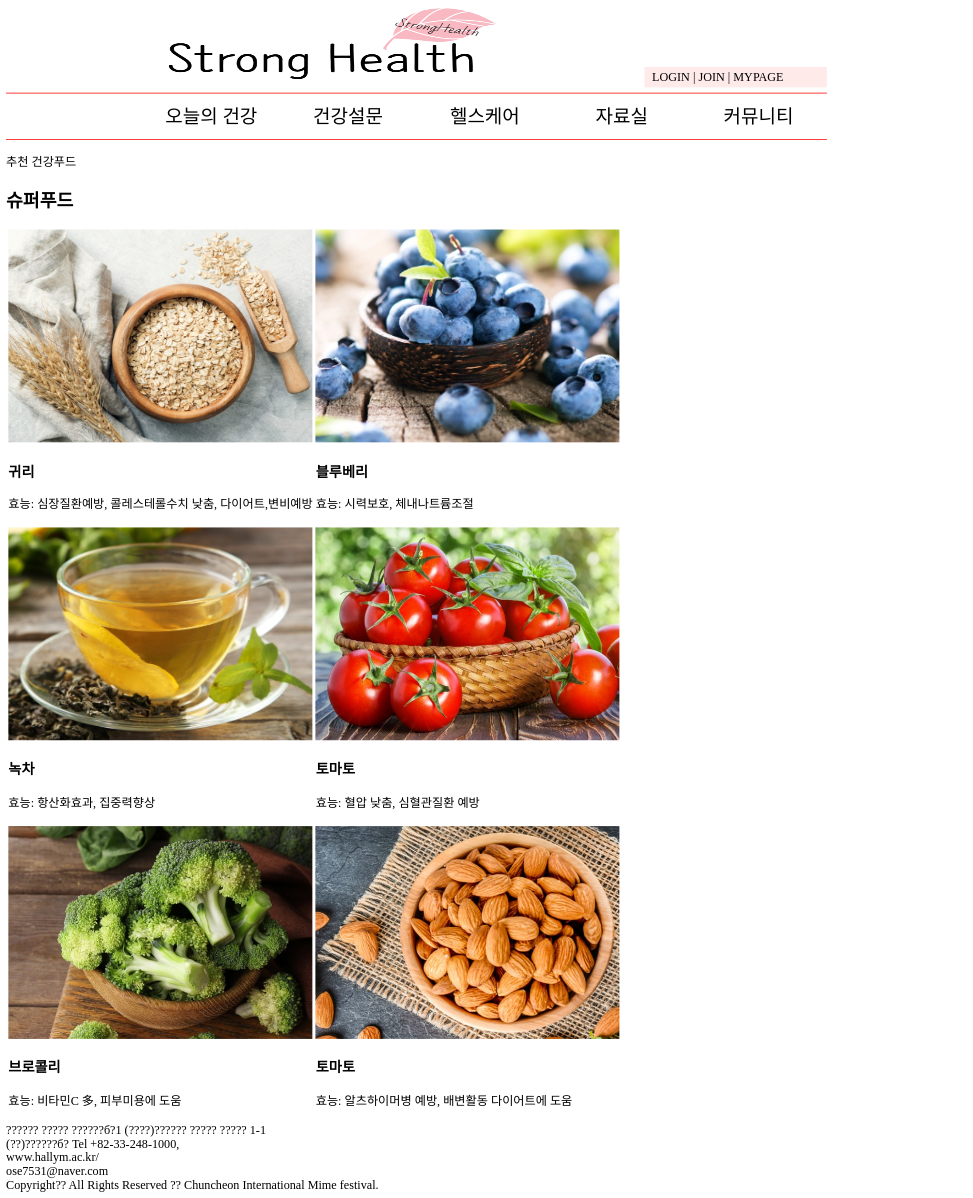
Repository: seeunOh/Webproject2018_StrongHealth
Page: http://localhost/StrongHealth/Healthcare_Food.jsp
The author's editor kept a copy of each file at every save. The page is drawn from the files as they stood at one save, then again after the next save.
The browser window is 1280 px wide. The pictures show the whole page, at 76% of full size.
The page is served by Tomcat 9.

Above is the page before, as saved 2018-12-16 04:54:25.

After the next save:
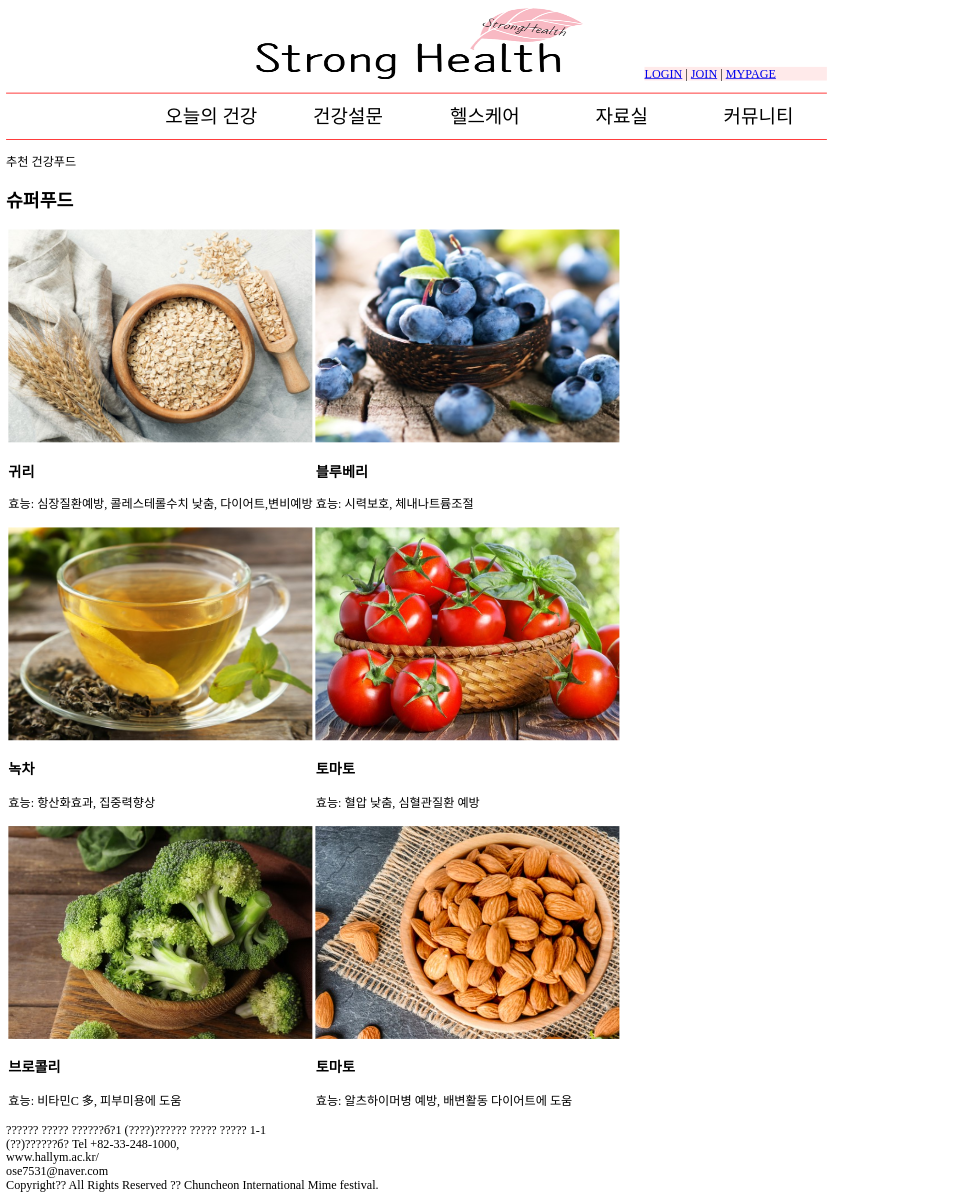
Saved 49 s later.
--- a/StrongHealth/WebContent/Header.css
+++ b/StrongHealth/WebContent/Header.css
@@ -1,98 +1,83 @@
-body{
-width:1080px;
+body {
+	width: 1080px;
 }
 
-#Loheader{
-width:240px;
-float:right;
-heigth:28px;
-background: #FFEAEA;
-margin:80px 0px 0px 0px;
+#Loheader {
+	width: 240px;
+	float: right;
+	heigth: 28px;
+	background: #FFEAEA;
+	margin: 80px 0px 0px 0px;
 }
 
-#log{
-float:right;
-width:230px;
-line-height: 1.7em;
+#mainlogo {
+	width: 1080px;
+	background:;
 }
 
-#log a {
-font-size:16px;
-color: black;
-text-decoration:none;
+#mainlogo img {
+	margin: 0px 0px 0px 315px;
 }
 
-#log a:hover {
-text-decoration:underline;
+#logo {
+	float: left;
+	width: 1080px;
+	background: #FFEAEA;
 }
 
+#search {
+	width: 750px;
+	height: 100px;
+	float: right;
+	background: red;
+}
 
-#mainlogo{
-width:1080px;
-background: ;
-}
-#mainlogo img{
-margin:0px 0px 0px 200px;
-}
-#nav{
-width:1080px;
-height:180px;
-}
-#logo{
-float:left;
-width:1080px;
-background:#FFEAEA;
-
-}
-#search{
-width:750px;
-height:100px;
-float:right;
-background:red;
-}
-#TM{
-width:1080px;
-height:60px;
-border-top:1px solid red; border-bottom:1px solid red;
-font-size:25px;
-text-align:center;
-margin:10px 0px 10px 0px;
-line-height: 1.6em;
+#TM {
+	width: 1080px;
+	height: 60px;
+	border-top: 1px solid red;
+	border-bottom: 1px solid red;
+	font-size: 25px;
+	text-align: center;
+	margin: 10px 0px 10px 0px;
+	line-height: 1.6em;
 }
 
 #TM ul {
-   list-style: none;
-   padding:0px 0;
-   margin: 0px;
+	list-style: none;
+	padding: 0px 0;
+	margin: 0px;
+}
 
-}
 #TM ul li {
-   float : left;
-   line-height : 2.5em;
-   position : relative;
-   width:150px;
-   padding: 0px 15px 0px 15px;
+	float: left;
+	line-height: 2.5em;
+	position: relative;
+	width: 150px;
+	padding: 0px 15px 0px 15px;
 }
 
 .menuLink {
-   text-decoration:none;
-   display: block;
-   width: 150px;
-   color:black;
+	text-decoration: none;
+	display: block;
+	width: 150px;
+	color: black;
 }
+
 .submenu {
-   position: absolute;
-   display:none;
-   overflow:hidden;
-   background-color:black;
-   opacity:0.7;
-   font-size:15px;
+	position: absolute;
+	display: none;
+	overflow: hidden;
+	background-color: black;
+	opacity: 0.7;
+	font-size: 15px;
 }
-.topmenu:hover .submenu{
-   display:block;
+
+.topmenu:hover .submenu {
+	display: block;
 }
 
 .submenu a {
-   text-decoration : none;
-   color : white;
+	text-decoration: none;
+	color: white;
 }
